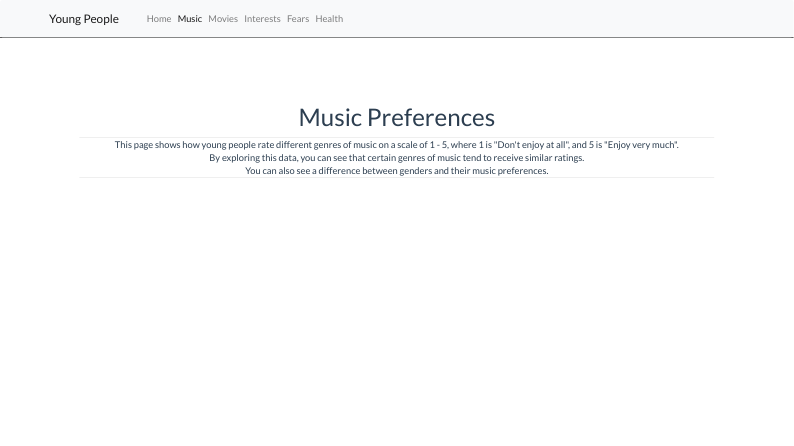
Repository: BrendanMolloy/milestone2
Page: music.html
The author's editor kept a record of every edit. The page is drawn from the files as they stood at one moment, then again after the next edit.
The browser window is 1280 px wide. The pictures show the whole page, at 62% of full size.
Some web libraries are served in a nearby version.

Above is the page before.
Console error: ReferenceError: show_dropdown is not defined

After the next edit:
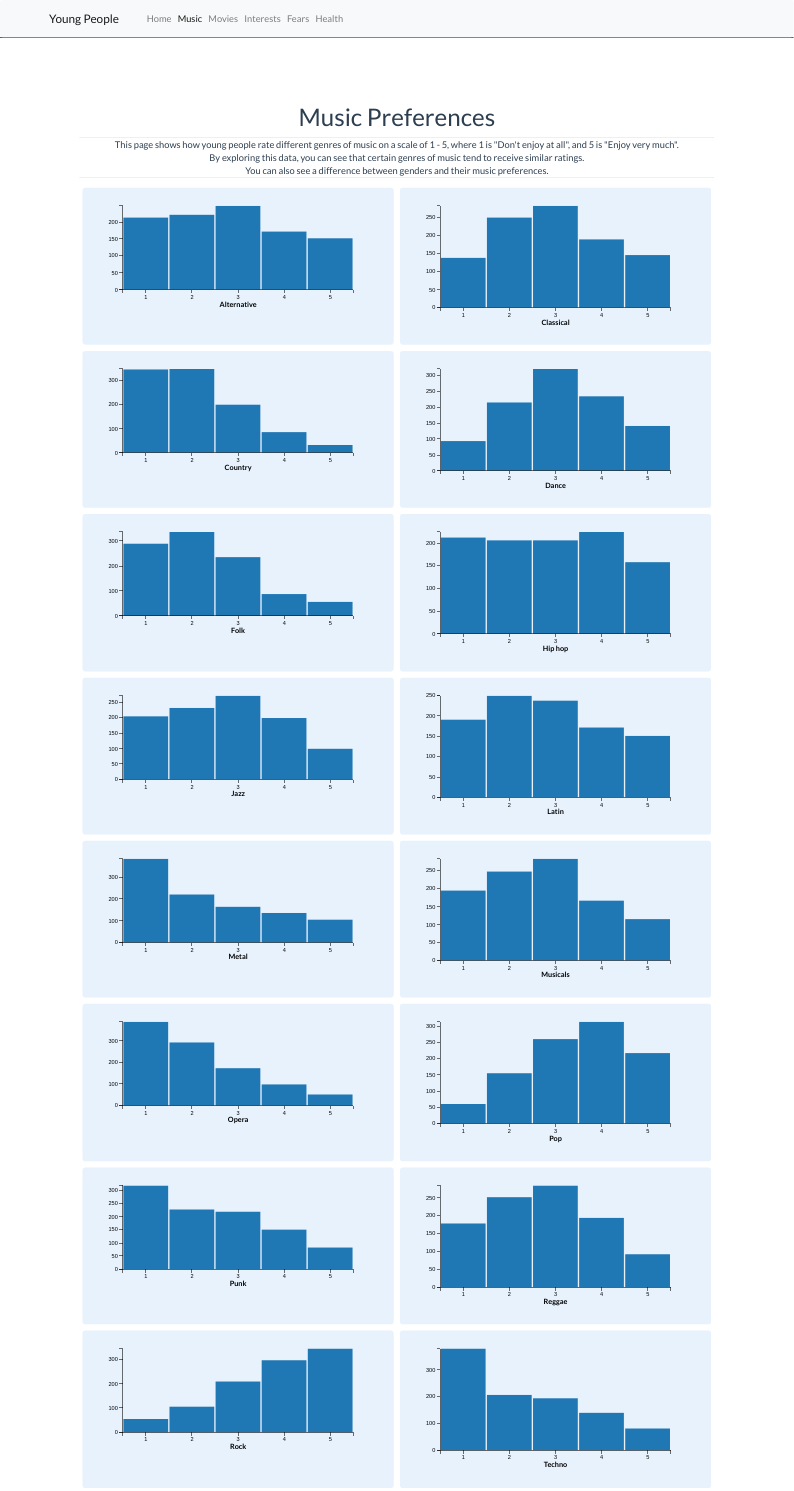
The error is gone.
The edit:
--- a/js/music.js
+++ b/js/music.js
@@ -17,7 +17,7 @@
     show_dropdown(ndx, 'Left - right handed', "#handedness-filter");
 
     // music //
-    /*show_bar_chart(ndx, 'Alternative', "#alternative", "Alternative");
+    show_bar_chart(ndx, 'Alternative', "#alternative", "Alternative");
     show_bar_chart(ndx, 'Classical music', "#classical", "Classical");
     show_bar_chart(ndx, 'Country', "#country", "Country");
     show_bar_chart(ndx, 'Dance', "#dance", "Dance");
